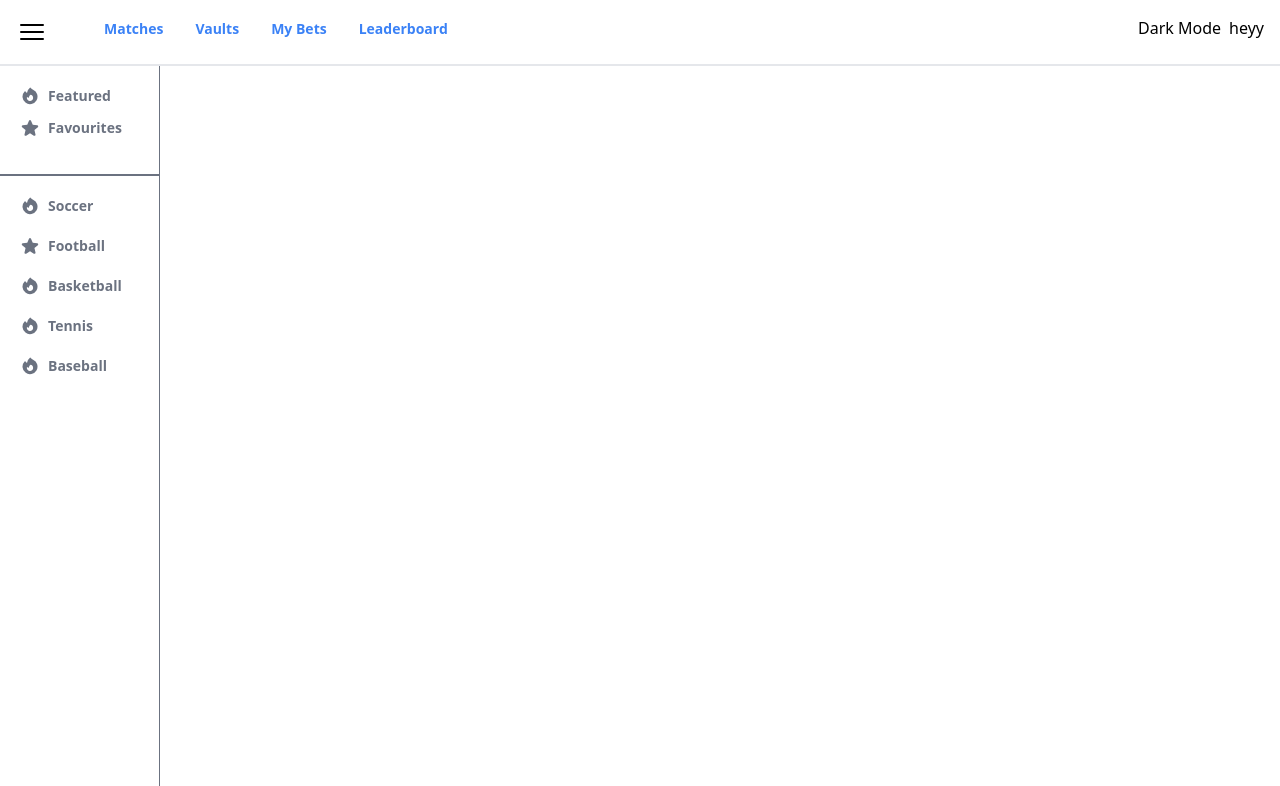
Repository: thekingisherenow/Betterbook
Page: /
An editor plug-in stored every save of this project. The page is shown before and after the next save, followed by the edit.
The browser window is 1280 px wide. The pictures show the whole page.
The project was rebuilt for these pictures with package versions that can differ from the ones it lists, and the page was loaded fresh each time. The framework's server and built-in components were replaced by stand-ins that run in the browser. Also part of the build but not shown: next.config.js.

Above is the page before, as saved 2023-01-16 23:26:52.

### src/pages/_app.tsx
import type { AppProps } from 'next/app'
import { Provider } from 'react-redux'
import store from '../core/store'
import '../core/styles/root.css'

const App = (props: AppProps) => {
  const { Component, pageProps } = props
  return (
    <Provider store={store}>
      <Component {...pageProps} />
    </Provider>
  )
}

export default App

### src/pages/index.tsx
import type { NextPage } from 'next'
import { useEffect, useState } from 'react'
import API from '../core/services'
import { Game } from '../types/game'
import Sidebar from '../components/Typography/Sidebar'
import Header from '../components/Typography/Header'

const IndexPage: NextPage = () => {
  const [games, setGames] = useState<Game[]>([])

  useEffect(() => {
    API.games.fetchGames().then(setGames)
  }, [])

  return <div>
        <main className=''>

          {/* Header  */}
          <Header />
            {/* Sidebar */}
            <Sidebar/>
            {/* Center  */}

        </main>
  </div>
}

export default IndexPage

### src/core/store/index.ts
import { configureStore } from '@reduxjs/toolkit'
import { counterReducer } from './slices/counterSlice'

const store = configureStore({
  reducer: {
    counter: counterReducer,
  },
})

export default store

### src/core/services/index.ts
import * as gamesServices from './games'

const API = {
  games: gamesServices,
}

export default API

### src/components/Typography/Sidebar.tsx
import React from 'react'
import { FireIcon, StarIcon } from '@heroicons/react/24/solid'

function Sidebar() {
    return (
        <div className='text-gray-500 text-sm border-r h-screen w-40 border-gray-500'>
            <div>
                <div className='flex flex-col  p-5 space-y-3 font-semibold mb-4'>
                    <button className='flex items-center space-x-2 hover:text-blue-600'>
                        <FireIcon className='w-5 h-5' />
                        <p>Featured</p>
                    </button>
                    <button className='flex items-center space-x-2 hover:text-blue-600'>
                        <StarIcon className='w-5 h-5' />
                        <p>Favourites</p>
                    </button>
                </div>
                    <hr className='border-t-2 border-gray-500' />

                <div className='flex flex-col space-y-5  p-5 font-semibold mb-4'>
                    <button className='flex items-center space-x-2 hover:text-blue-600'>
                        <FireIcon className='w-5 h-5' />
                        <p>Soccer</p>
                    </button>
                    <button className='flex items-center space-x-2 hover:text-blue-600'>
                        <StarIcon className='w-5 h-5' />
                        <p>Football</p>
                    </button>
                    <button className='flex items-center space-x-2 hover:text-blue-600'>
                        <FireIcon className='w-5 h-5' />
                        <p>Basketball</p>
                    </button>
                    <button className='flex items-center space-x-2 hover:text-blue-600'>
                        <FireIcon className='w-5 h-5' />
                        <p>Tennis</p>
                    </button>
                    <button className='flex items-center space-x-2 hover:text-blue-600'>
                        <FireIcon className='w-5 h-5' />
                        <p>Baseball</p>
                    </button>
                </div>
            </div>
        </div>
    )
}

export default Sidebar

### src/components/Typography/Header.tsx
import { Bars3Icon } from '@heroicons/react/24/solid'
import React from 'react'
import NavLinks from './NavLinks'

function Header() {
  return (
    <header >
      <div className='p-4 flex text-center   border-b-2 '>
        <Bars3Icon className='h-8 w-8 cursor-pointer'/>
        <div className='ml-10'>
          {/* Nav Links */}
        <NavLinks />

        </div>
        <div className='flex space-x-2 justify-end ml-auto '>
          <div>
            Dark Mode
            </div>
            <div>
              heyy
              </div>
        </div>
      </div>
    </header>
  )
}

export default Header

### src/core/store/slices/counterSlice.ts
import { createSlice } from '@reduxjs/toolkit'

export const counterSlice = createSlice({
  name: 'counter',
  initialState: {
    count: 0,
  },
  reducers: {
    setCount(state, { payload }) {
      state.count = payload
    },
  },
})

export const counterReducer = counterSlice.reducer

### src/core/services/games.ts
import { Game } from '../../types/game'

export const fetchGames = (): Promise<Game[]> => {
  return Promise.resolve([
    {
      id: '1',
      name: 'Spain vs Argentina',
    },
  ])
}

### src/components/Typography/NavLinks.tsx
import React from 'react'
import { categories } from './constants'
import NavLink from './NavLink'

function NavLinks() {

    //const isActive is true if the url matches the current page.

  return (
    <nav>
      {categories.map((category)=>(
        <NavLink key={category} category={category} isActive={true} />
      ))}
    </nav>
  )
}

export default NavLinks

### src/components/Typography/constants.ts
import { Category } from "../../types/category"

export const categories : Category[] =[
    "Matches",
    "Vaults",
    "My Bets",
    "Leaderboard",
]

### src/components/Typography/NavLink.tsx
import Link from 'next/link';
import React from 'react'


type Props = {
    category: string;
    isActive: boolean;

}

function NavLink({category,isActive}:Props) {
  return (
    <Link href={'/${category}'}
        className={`cursor-pointer p-4 text-sm hover:font-bold hover:scale-110 transition-transform duration-200 ease-out ${isActive && 'text-blue-500 font-bold '}`}
    >
      {category}
    </Link>
  )
}

export default NavLink

### tailwind.config.js
/** @type {import('tailwindcss').Config} */
module.exports = {
  content: [
    './src/pages/**/*.{js,ts,jsx,tsx}',
    './src/components/**/*.{js,ts,jsx,tsx}',
    './src/modules/**/*.{js,ts,jsx,tsx}',
  ],
  theme: {
    extend: {},
  },
  plugins: [],
}

Loaded but not shown: src/core/styles/root.css (common file)

After the next save:
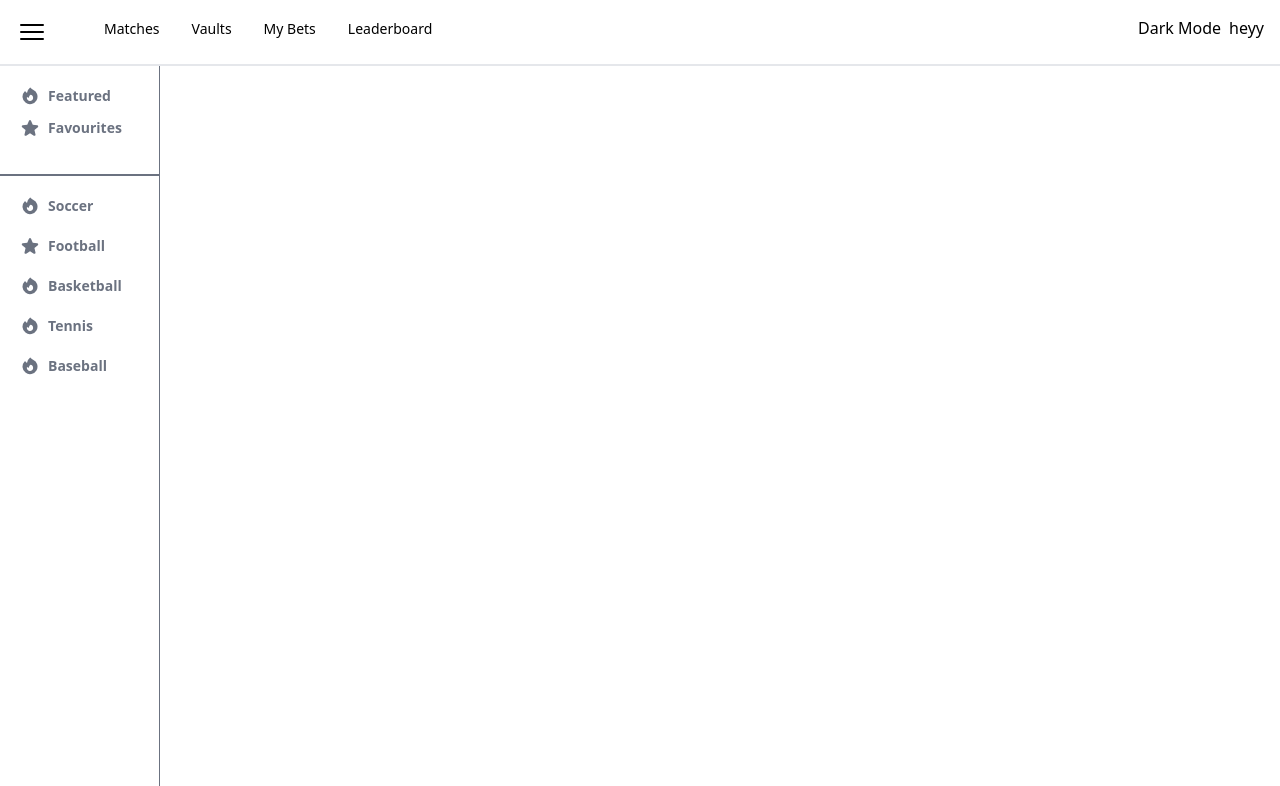
Saved 30 s later.
--- a/src/components/Typography/NavLinks.tsx
+++ b/src/components/Typography/NavLinks.tsx
@@ -9,7 +9,7 @@ function NavLinks() {
   return (
     <nav>
       {categories.map((category)=>(
-        <NavLink key={category} category={category} isActive={true} />
+        <NavLink key={category} category={category} isActive={false} />
       ))}
     </nav>
   )
